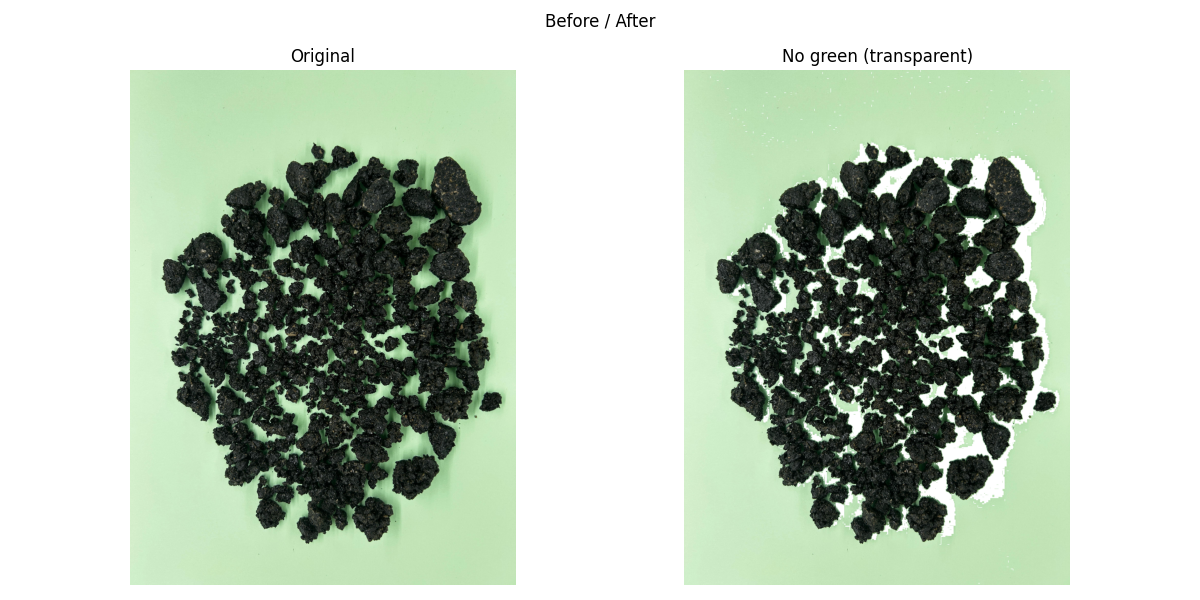
Repository: SebastianCharmot/boil_rocks
Script's output: python process.py
An editor plug-in stored every save of this project. The script's output is shown before and after the next save, followed by the edit.
Random numbers start from a fixed seed. It also reads after.JPG.

Above is the script's output before, as saved 2026-01-05 12:25:35.

### process.py
"""Read an image `after.JPG`, remove green pixels, and show before/after.

Behavior:
- Loads an image file (default: after.JPG in the same folder).
- Detects green pixels using a simple rule: green channel significantly
  higher than red/blue and above a brightness threshold.
- Produces two outputs:
  - `after_no_green.png` (RGBA) with green pixels made transparent
  - `after_no_green.jpg` (RGB) where green pixels are replaced with white
- Displays the original and processed images side-by-side.

Usage:
	python process.py [path/to/after.JPG]

Requirements: pillow, numpy, matplotlib
"""

from __future__ import annotations

import os
import sys
from typing import Tuple

import numpy as np
from PIL import Image


def load_image(path: str) -> Image.Image:
	if not os.path.exists(path):
		raise FileNotFoundError(f"Image not found: {path}")
	img = Image.open(path).convert("RGBA")
	return img


def remove_green_pixels(img: Image.Image, ratio: float = 1.2, diff_thresh: int = 40) -> Image.Image:
	"""Return a new RGBA image where detected green pixels are transparent.

	Detection rule (per-pixel):
	  G > ratio * R and G > ratio * B and (G - max(R, B)) > diff_thresh

	These parameters work well for strong green screens; adjust for
	different lighting or tint.
	"""
	arr = np.array(img)  # shape (H, W, 4)
	if arr.ndim != 3 or arr.shape[2] < 3:
		raise ValueError("Unsupported image shape")

	r = arr[..., 0].astype(np.int16)
	g = arr[..., 1].astype(np.int16)
	b = arr[..., 2].astype(np.int16)

	# Compute green mask
	mask = (g > (ratio * r)) & (g > (ratio * b)) & ((g - np.maximum(r, b)) > diff_thresh)

	# Create output RGBA array
	out = arr.copy()
	# Set alpha to 0 where mask is True
	out[..., 3] = np.where(mask, 0, out[..., 3])

	return Image.fromarray(out)


def save_results(orig: Image.Image, processed: Image.Image, out_base: str = "after_no_green") -> Tuple[str, str]:
	"""Save processed image as PNG (with transparency) and JPG (green->white).

	Returns tuple (png_path, jpg_path)
	"""
	png_path = f"{out_base}.png"
	jpg_path = f"{out_base}.jpg"

	# Save PNG with transparency
	processed.save(png_path)

	# For JPG, composite over white background
	white_bg = Image.new("RGB", processed.size, (255, 255, 255))
	rgb = Image.alpha_composite(white_bg.convert("RGBA"), processed).convert("RGB")
	rgb.save(jpg_path, quality=95)

	return png_path, jpg_path


def show_side_by_side(orig: Image.Image, processed: Image.Image, title: str = "Before / After") -> None:
	try:
		import matplotlib.pyplot as plt

		fig, axes = plt.subplots(1, 2, figsize=(12, 6))
		axes[0].imshow(orig.convert("RGB"))
		axes[0].set_title("Original")
		axes[0].axis("off")

		axes[1].imshow(processed)
		axes[1].set_title("No green (transparent)")
		axes[1].axis("off")

		fig.suptitle(title)
		plt.tight_layout()
		plt.show()
	except Exception as exc:  # pragma: no cover - interactive display may fail in CI
		print("Could not display images interactively:", exc)


def main(argv: list[str] | None = None) -> int:
	argv = argv if argv is not None else sys.argv[1:]
	img_path = argv[0] if argv else "after.JPG"

	print(f"Loading image: {img_path}")
	try:
		orig = load_image(img_path)
	except Exception as e:
		print("Error loading image:", e)
		return 2

	processed = remove_green_pixels(orig, ratio=1.2, diff_thresh=40)

	png_path, jpg_path = save_results(orig, processed)
	print(f"Saved: {png_path}")
	print(f"Saved: {jpg_path}")

	# Show images side-by-side
	show_side_by_side(orig, processed)

	return 0


if __name__ == "__main__":
	raise SystemExit(main())

After the next save:
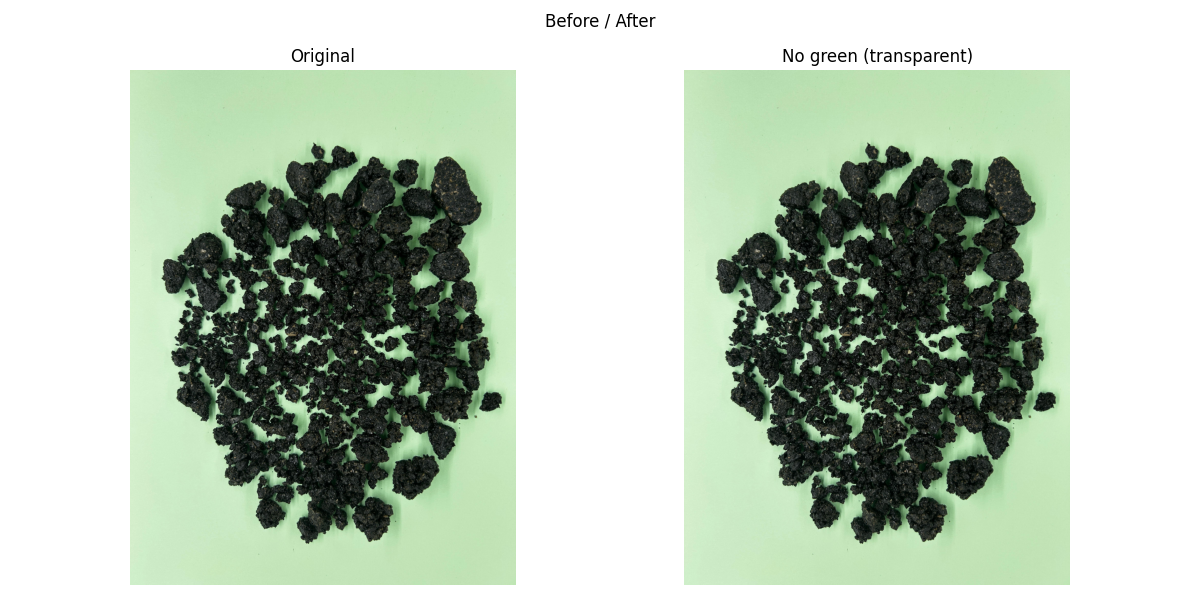
Saved 4 s later.
--- a/process.py
+++ b/process.py
@@ -110,7 +110,7 @@
 		print("Error loading image:", e)
 		return 2
 
-	processed = remove_green_pixels(orig, ratio=1.2, diff_thresh=40)
+	processed = remove_green_pixels(orig, ratio=1.2, diff_thresh=80)
 
 	png_path, jpg_path = save_results(orig, processed)
 	print(f"Saved: {png_path}")

After the save that followed:
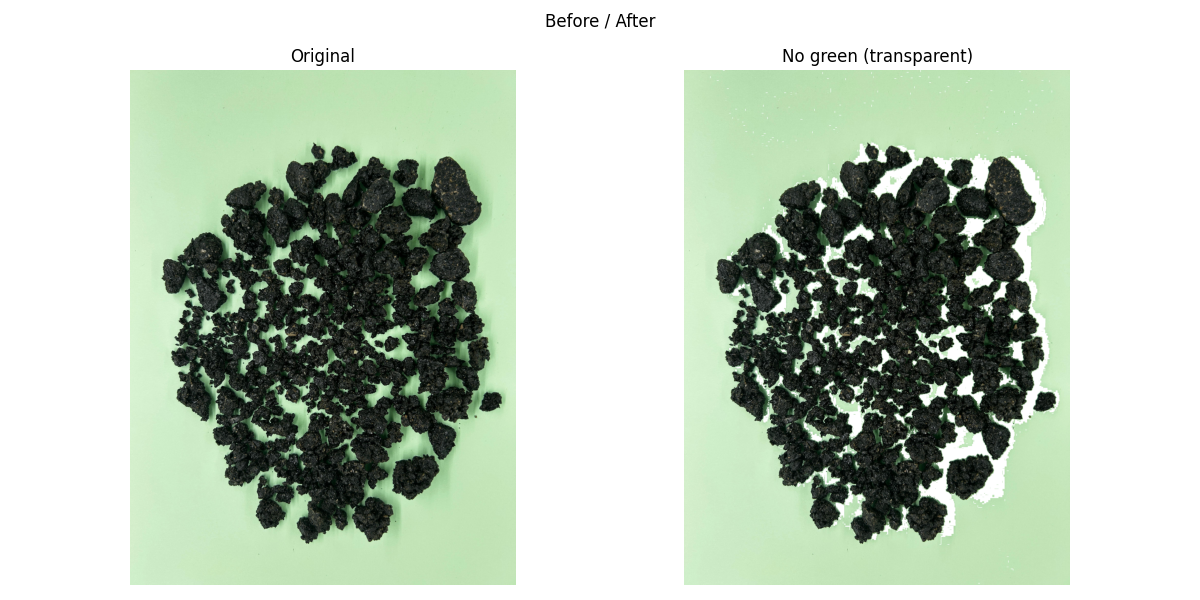
Saved 12 s later.
--- a/process.py
+++ b/process.py
@@ -110,7 +110,7 @@
 		print("Error loading image:", e)
 		return 2
 
-	processed = remove_green_pixels(orig, ratio=1.2, diff_thresh=80)
+	processed = remove_green_pixels(orig, ratio=1.2, diff_thresh=40)
 
 	png_path, jpg_path = save_results(orig, processed)
 	print(f"Saved: {png_path}")
